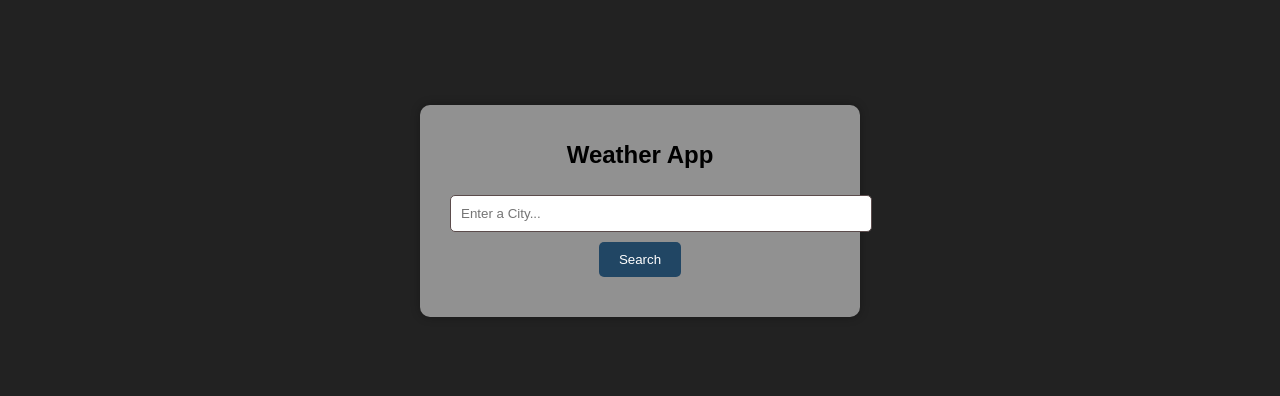
Repository: Dharshinimk-521/weather-app
Page: index.html
These files come from the project's save history. The page is drawn as it stood at one moment and after the next save; the edit follows.
The browser window is 1280 px wide. The pictures show the whole page.

Above is the page before, as saved 2026-04-18 17:24:59.

After the next save:
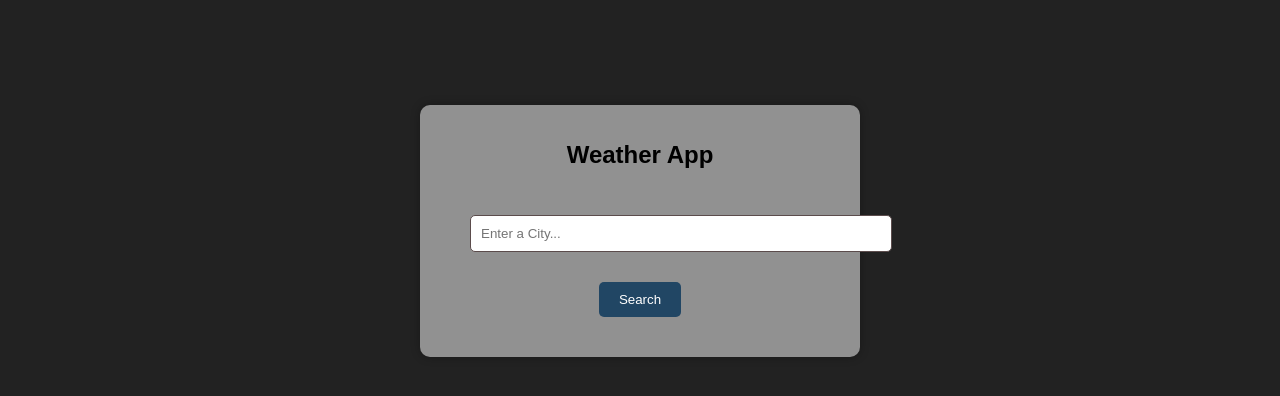
Saved 6 s later.
--- a/style.css
+++ b/style.css
@@ -22,7 +22,7 @@
 input[type="text"] {
     width: 100%;
     padding: 10px;
-    margin: 10px;
+    margin: 30px;
     border: 1px solid #5b4c4c;
     border-radius: 5px;
 }

After the save that followed:
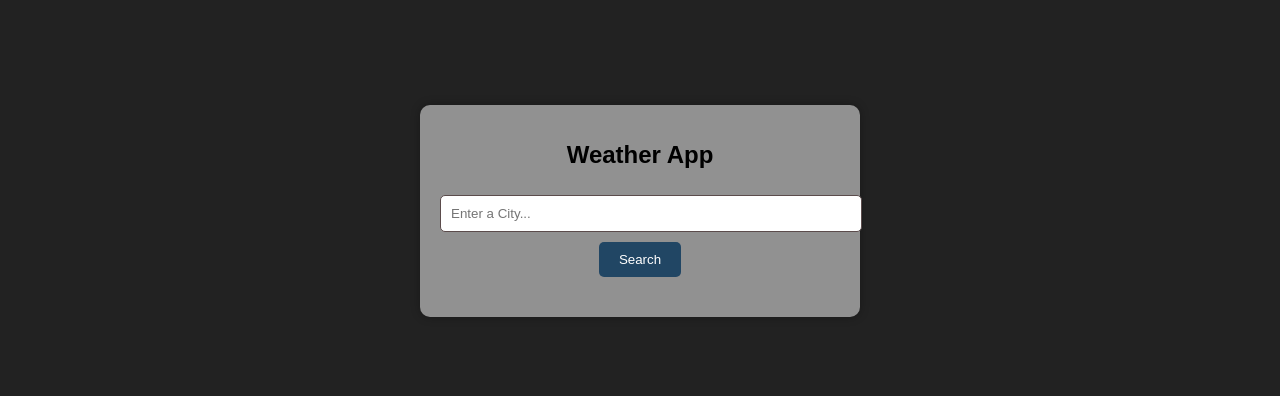
Saved 11 s later.
--- a/style.css
+++ b/style.css
@@ -22,7 +22,7 @@
 input[type="text"] {
     width: 100%;
     padding: 10px;
-    margin: 30px;
+    margin: 10px 0px;
     border: 1px solid #5b4c4c;
     border-radius: 5px;
 }
